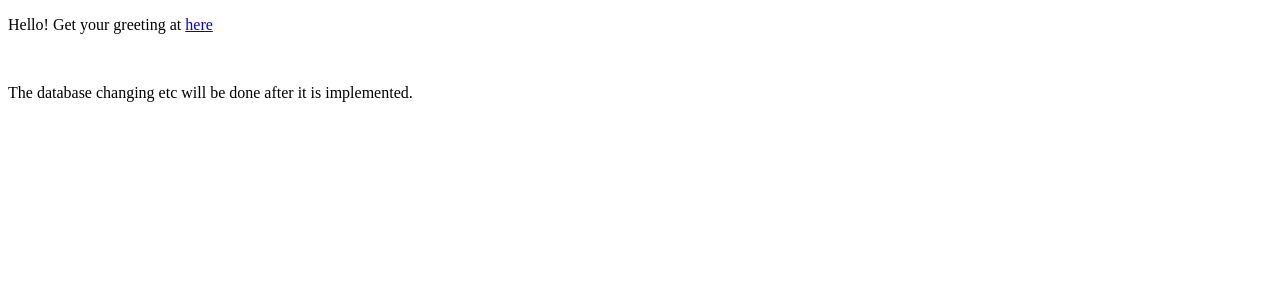
Repository: hcm4990/BankingApplicationRestAPI
Page: gs-serving-web-content-complete/src/main/resources/static/index.html
An editor plug-in stored every save of this project. The page is shown before and after the next save, followed by the edit.
The browser window is 1280 px wide. The pictures show the whole page.

Above is the page before, as saved 2020-04-06 07:09:24.

### gs-serving-web-content-complete/src/main/resources/static/index.html
<!DOCTYPE HTML>
<html>
<head>
    <title>Getting Started: Serving Web Content</title>
    <meta http-equiv="Content-Type" content="text/html; charset=UTF-8" />
</head>
<body>
    <p>Hello! Get your greeting at <a href="/greeting">here</a></p>
    <br>
    <p>The database changing etc will be done after it is implemented.</p>
</body>
</html>

After the next save:
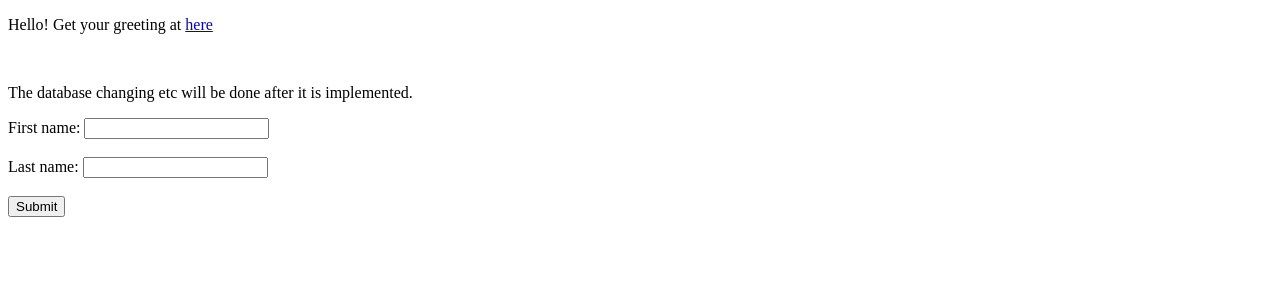
Saved 26 min 18 s later.
--- a/gs-serving-web-content-complete/src/main/resources/static/index.html
+++ b/gs-serving-web-content-complete/src/main/resources/static/index.html
@@ -1,12 +1,21 @@
 <!DOCTYPE HTML>
 <html>
 <head>
-    <title>Getting Started: Serving Web Content</title>
-    <meta http-equiv="Content-Type" content="text/html; charset=UTF-8" />
+<title>Getting Started: Serving Web Content</title>
+<meta http-equiv="Content-Type" content="text/html; charset=UTF-8" />
 </head>
 <body>
-    <p>Hello! Get your greeting at <a href="/greeting">here</a></p>
-    <br>
-    <p>The database changing etc will be done after it is implemented.</p>
+	<p>
+		Hello! Get your greeting at <a href="/greeting">here</a>
+	</p>
+	<br>
+	<p>The database changing etc will be done after it is implemented.</p>
+	<form action="/action_page.php">
+		<label for="fname">First name:</label> <input type="text" id="fname"
+			name="fname"><br>
+		<br> <label for="lname">Last name:</label> <input type="text"
+			id="lname" name="lname"><br>
+		<br> <input type="submit" value="Submit">
+	</form>
 </body>
 </html>
